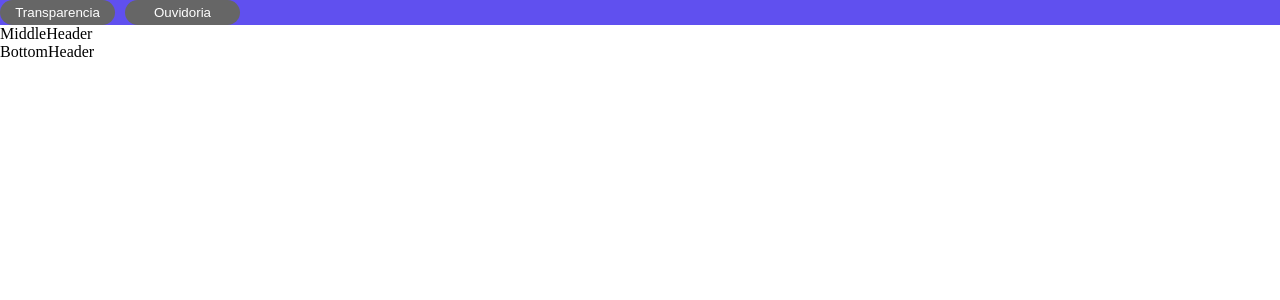
Repository: YuriSarmanho/prodepaSite
Page: / (app in prodepa-site/)
An editor plug-in stored every save of this project. The page is shown before and after a run of saves, followed by the edit.
The browser window is 1280 px wide. The pictures show the whole page.
The project was rebuilt for these pictures with package versions that can differ from the ones it lists, and the page was loaded fresh each time. Also part of the build but not shown: prodepa-site/src/App.css.

Above is the page before, as saved 2022-12-19 14:36:35.

After the next 2 saves:
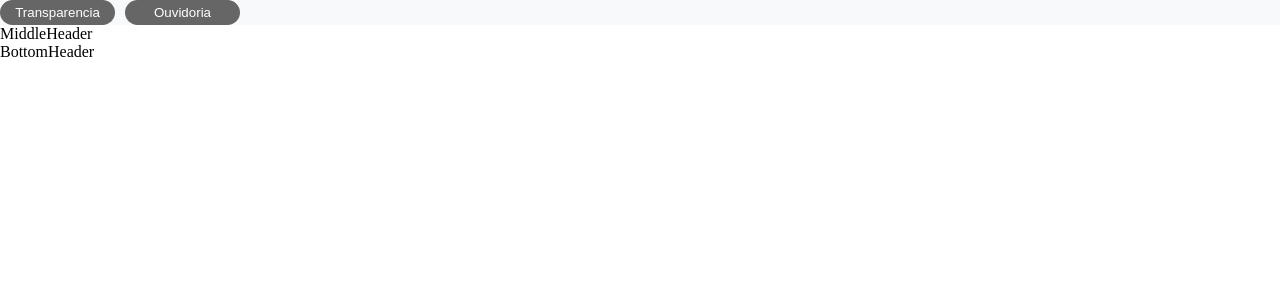
The 2 saves are shown as one change because they came seconds apart.
The last was saved 17 s later.
--- a/prodepa-site/src/sections/Header/TopHeader/index.css
+++ b/prodepa-site/src/sections/Header/TopHeader/index.css
@@ -1,5 +1,4 @@
 .topHeaderContainer {
-    /* background-color: #F8F9FA ; */
-    background-color: #54ee;
+    background-color: #F8F9FA ;
     margin: 0;
 }
